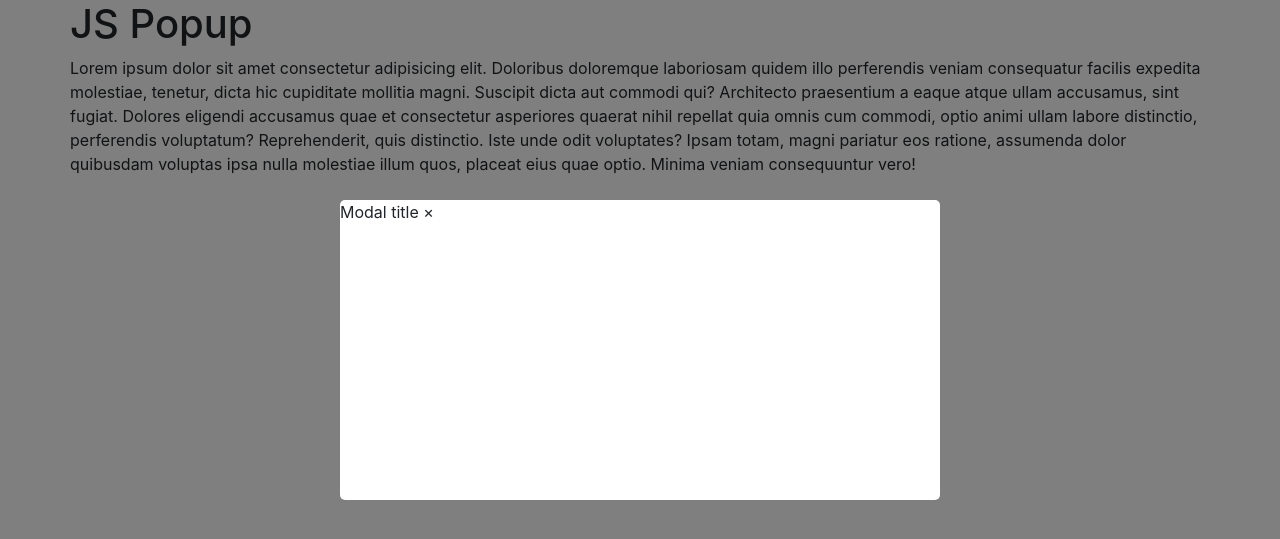
Repository: frostnn/popup-js
Page: index.html
The author's editor kept a copy of each file at every save. The page is drawn from the files as they stood at one save, then again after the next save.
The browser window is 1280 px wide. The pictures show the whole page.

Above is the page before, as saved 2021-01-17 22:51:09.

### index.html
<!DOCTYPE html>
<html lang="en">
<head>
  <meta charset="UTF-8">
  <meta name="viewport" content="width=device-width, initial-scale=1.0">
  <link rel="stylesheet" href="https://cdn.jsdelivr.net/npm/bootstrap@4.5.3/dist/css/bootstrap.min.css" integrity="sha384-TX8t27EcRE3e/ihU7zmQxVncDAy5uIKz4rEkgIXeMed4M0jlfIDPvg6uqKI2xXr2" crossorigin="anonymous">
  <link rel="stylesheet" href="css/modal.css">
  <title>Popup</title>
</head>
<body>
  <section class="container">
    <div class="row">
      <h1>JS Popup</h1>
      <p>Lorem ipsum dolor sit amet consectetur adipisicing elit. Doloribus doloremque laboriosam quidem
        illo perferendis veniam consequatur facilis expedita molestiae, tenetur, dicta hic cupiditate
        mollitia magni. Suscipit dicta aut commodi qui?
        Architecto praesentium a eaque atque ullam accusamus,
        sint fugiat. Dolores eligendi accusamus quae et consectetur asperiores quaerat nihil repellat
        quia omnis cum commodi, optio animi ullam labore distinctio, perferendis voluptatum?
        Reprehenderit, quis distinctio. Iste unde odit voluptates? Ipsam totam, magni pariatur eos ratione,
        assumenda dolor quibusdam voluptas ipsa nulla molestiae illum quos, placeat eius quae optio.
        Minima veniam consequuntur vero!
      </p>
    </div>
  </section>

  <div class="modale">
    <div class="modale-overlay">
      <div class="modale-window">
        <div class="modale-window_header">
          <span class="modale-window_header-title">Modal title</span>
          <span class="modale-close">&times;</span>
        </div>
        <div class="modale-window_body">

        </div>
        <div class="modale-window_footer">

        </div>
      </div>
    </div>
  </div>

  <script src='base.js'></script>
  <script src='index.js'></script>
</body>
</html>

### css/modal.css
.modale-overlay {
  position: fixed;
  top: 0;
  right: 0;
  left: 0;
  bottom: 0;
  background: rgb(0, 0, 0, 0.5);
}

.modale-window {
  width: 600px;
  height: 300px;
  border-radius: 5px;
  background: #fff;
  margin: 200px auto;


}

### base.js
const $ = {};

window.$ = $

Loaded but not shown: index.js (no copy from this time; the picture is the same without it)

After the next save:
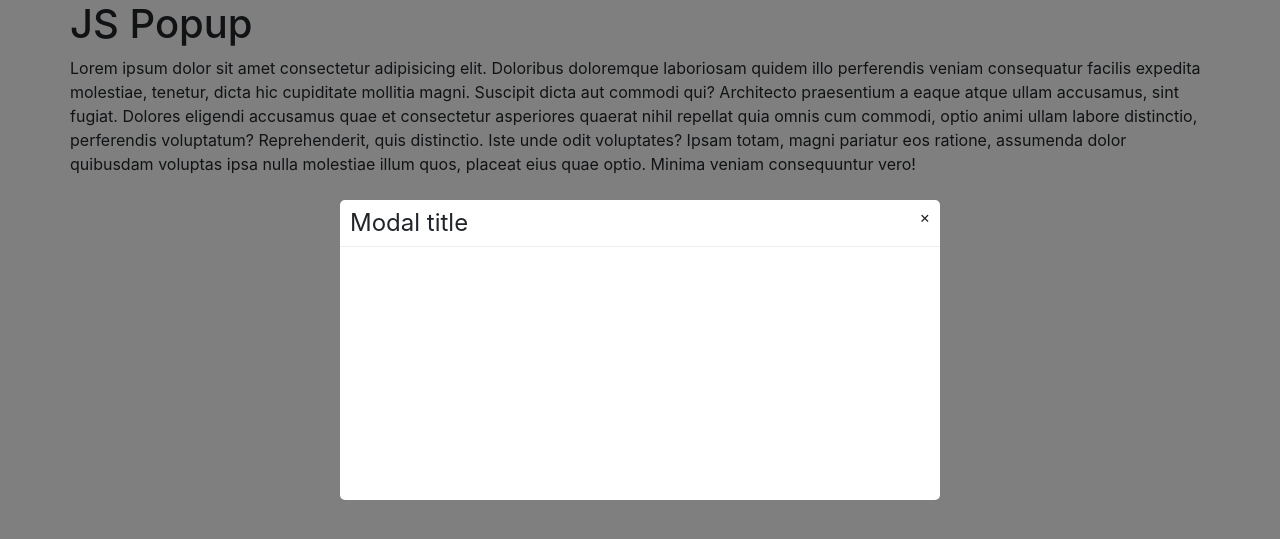
Saved 59 s later.
--- a/css/modal.css
+++ b/css/modal.css
@@ -13,6 +13,19 @@
   border-radius: 5px;
   background: #fff;
   margin: 200px auto;
+}
 
+.modale-window_header {
+  padding: 5px 10px;
+  display: flex;
+  justify-content: space-between;
+  border-bottom: 1px solid #eee;
+}
 
+.modale-window_header-title {
+  font-size: 1.5rem;
 }
+
+.modale-close {
+  cursor: pointer;
+}
